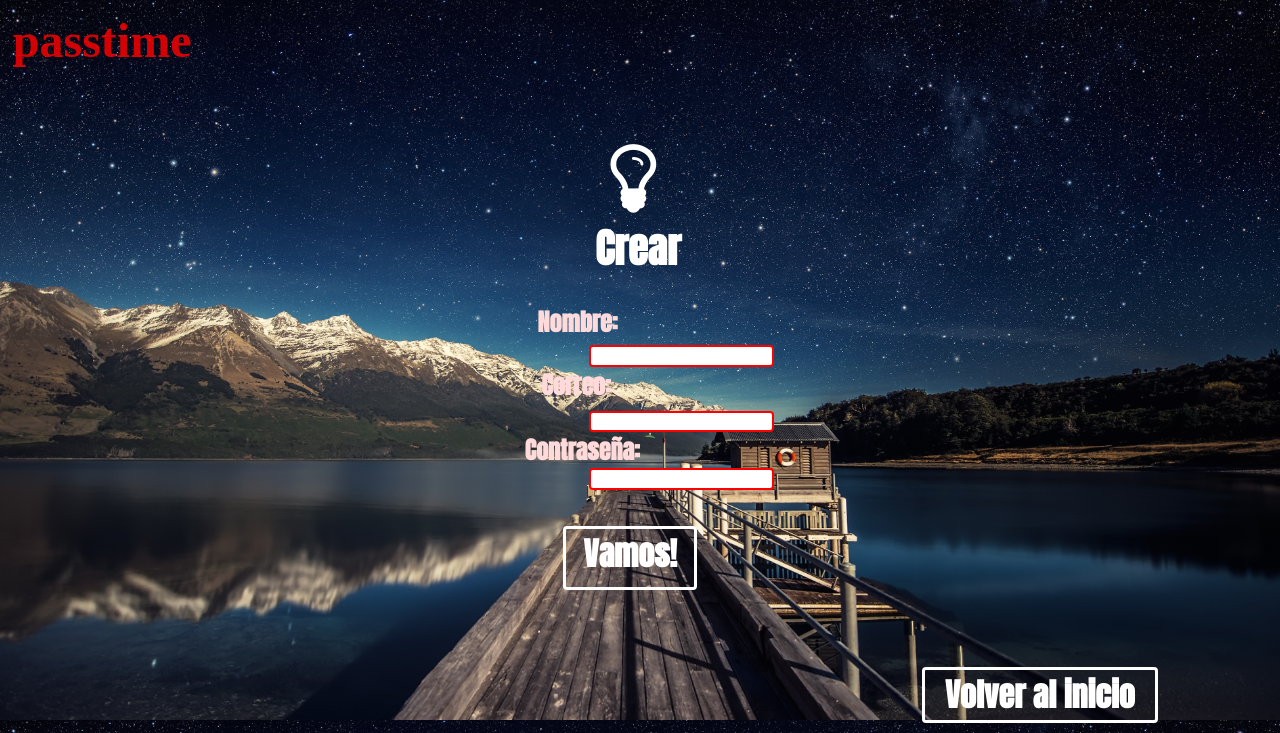
Repository: PassTimeOp/passtimeop.github.io
Page: signup.html
The author's editor kept a record of every edit. The page is drawn from the files as they stood at one moment, then again after the next edit.
The browser window is 1280 px wide. The pictures show the whole page.
Backgrounds fixed to the window are drawn as part of the page. Some web fonts or font styles are not loaded; a fallback is used.

Above is the page before.

### signup.html
<!DOCTYPE HTML>
<html>
    <head>
        <link type="text/css" rel="stylesheet" href="signupStyle.css"/>
        <link rel="stylesheet" href="font-awesome-4.7.0/css/font-awesome.min.css">
        <link href="https://fonts.googleapis.com/css?family=Anton|Arvo|Shrikhand" rel="stylesheet">
        <title>acceder | passtime</title>
    </head>

    <body>
        <h1 id="title">passtime</h1>

        <i class="fa fa-lightbulb-o fa-5x" aria-hidden="true"></i>

        <h1 id="acceder">Crear</h1>


        <div id="data">
            <h4 id="nombre">Nombre:</h4><input type="text" name="nombre">
            <h4 id="correo">Correo:</h4><input type="text" name="correo">
            <h4 id="pass">Contraseña:</h4><input type="password" name="psw">
        </div>

        <div class="buttons" id="vamos"><a href="Calendario/calendario.html" style="text-decoration: none"><h3>Vamos!</h3></a></div>
        <div class="buttons" id="volver"><a href="index.html" style="text-decoration: none"><h3>Volver al inicio</h3></a></div>
    </body>
</html>

### signupStyle.css
html, body{
  width: 100%;
  height: 100%;
  margin: 0;
  padding: 0;
}

body {
  background-image: url(signup.jpg);
  background-size: cover;
  background-position: center;
  width: 100%;
  height: 100%;
  background-repeat: no-repeat;
  background-attachment: fixed;
}

#title {
  font-family: 'Shrikhand', cursive;
  font-size: 300%;
  margin-top: 1%;
  margin-left: 1%;
  display: block;
  color: rgba(255, 0, 0, 0.82);
}

#acceder {
  font-family: 'Anton', sans-serif;
  color: #FFF;
  margin: 0% 0% 0% 46.5%;
  display: block;
  font-size: 250%;
}

i {
  margin: 3% 1% 0% 47.7%;
  color: #FFF;
  display: block;
}

input {
  display: inline-block;
  border-radius: 4px;
  border: 2px solid red;
  height: 20%;
  margin: 0% 0% 0% 30%;
}

#data {
  margin: 2% 0% 0% 40%;
  height: 11%;
  width: 20%;
  display: inline-block;
}

h4 {
  font-size: 150%;
  font-family: 'Anton', sans-serif;
  color: #ffdada;
}

#nombre {
  display: block;
  margin: 0% 1% 2% 10%;
}


#correo {
  display: block;
  margin: 0% 1% 3% 11.5%;
}

#pass {
  display: block;
  margin: 0% 0% 0% 5%;
}


.buttons {
  border: 3px solid #FFF;
  border-radius: 4px;
}

h3 {
  font-family: 'Anton', sans-serif;
  margin: 0% 0% 0% 0%;
  text-align: center;
  font-size: 200%;
  color: #FFF;
}

#vamos {
  width: 10%;
  height: 8%;
  padding: 0%;
  display: block;
  margin: 3% 0% 0% 44%;
}

#volver {
  width: 18%;
  height: 7%;
  padding: 0%;
  margin: 6% 0% 0% 72%;
  display: block;
}

Loaded but not shown: font-awesome-4.7.0/css/font-awesome.min.css (library)

After the next edit:
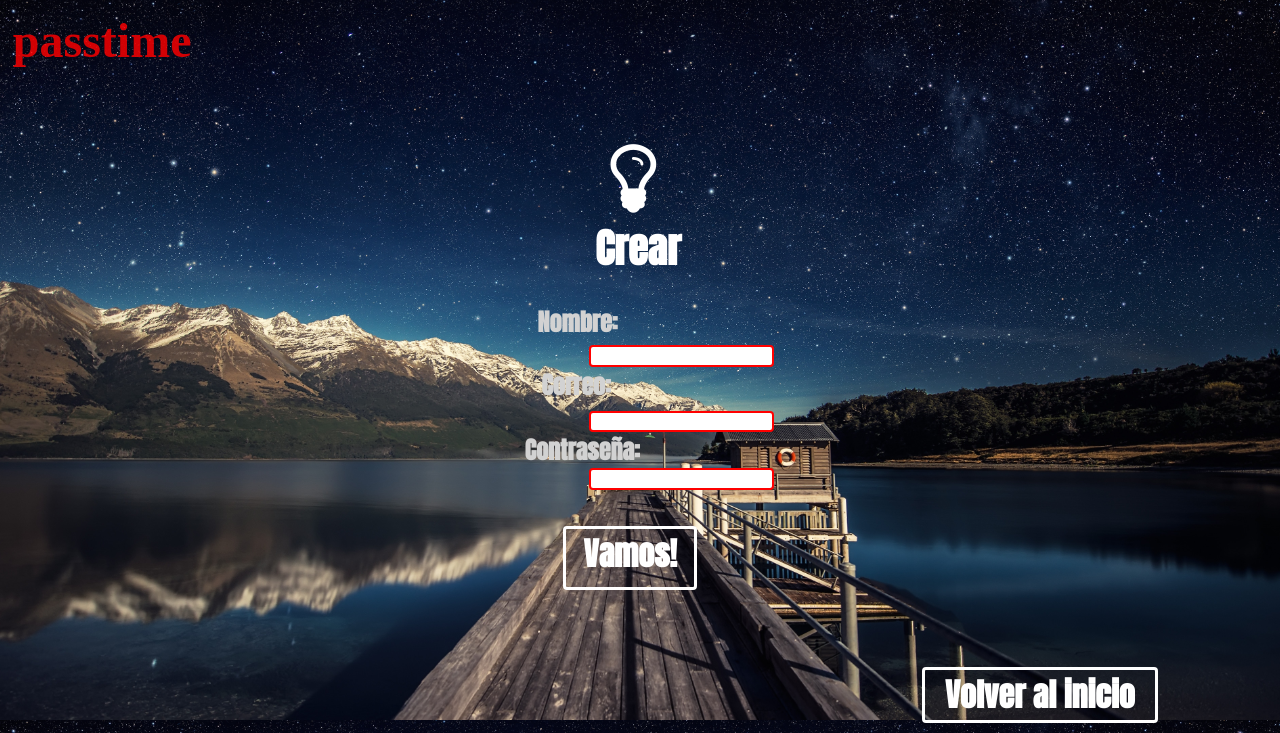
The edit:
--- a/signupStyle.css
+++ b/signupStyle.css
@@ -56,7 +56,7 @@
 h4 {
   font-size: 150%;
   font-family: 'Anton', sans-serif;
-  color: #ffdada;
+  color: #D2D2D2;
 }
 
 #nombre {
